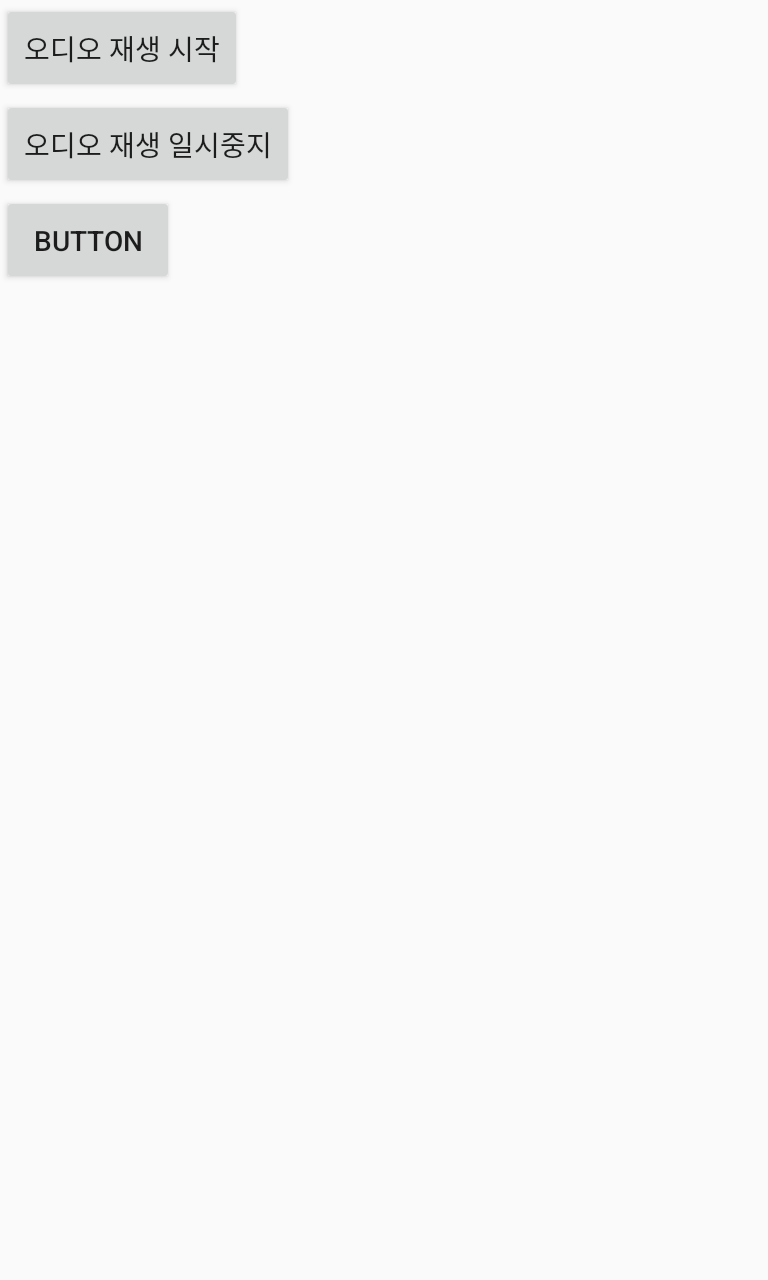
Repository: testGitHubTeam/study_Android
Layout: 70impleAudioDemo/res/layout/activity_main.xml
An editor plug-in stored every save of this project. The layout is shown before and after the next save, followed by the edit.
It is drawn on a 768 x 1280 px phone screen (xhdpi) without system bars, with theme AppTheme; the app's code is not run.

Above is the layout before, as saved 2014-05-01 01:18:02.

After the next save:
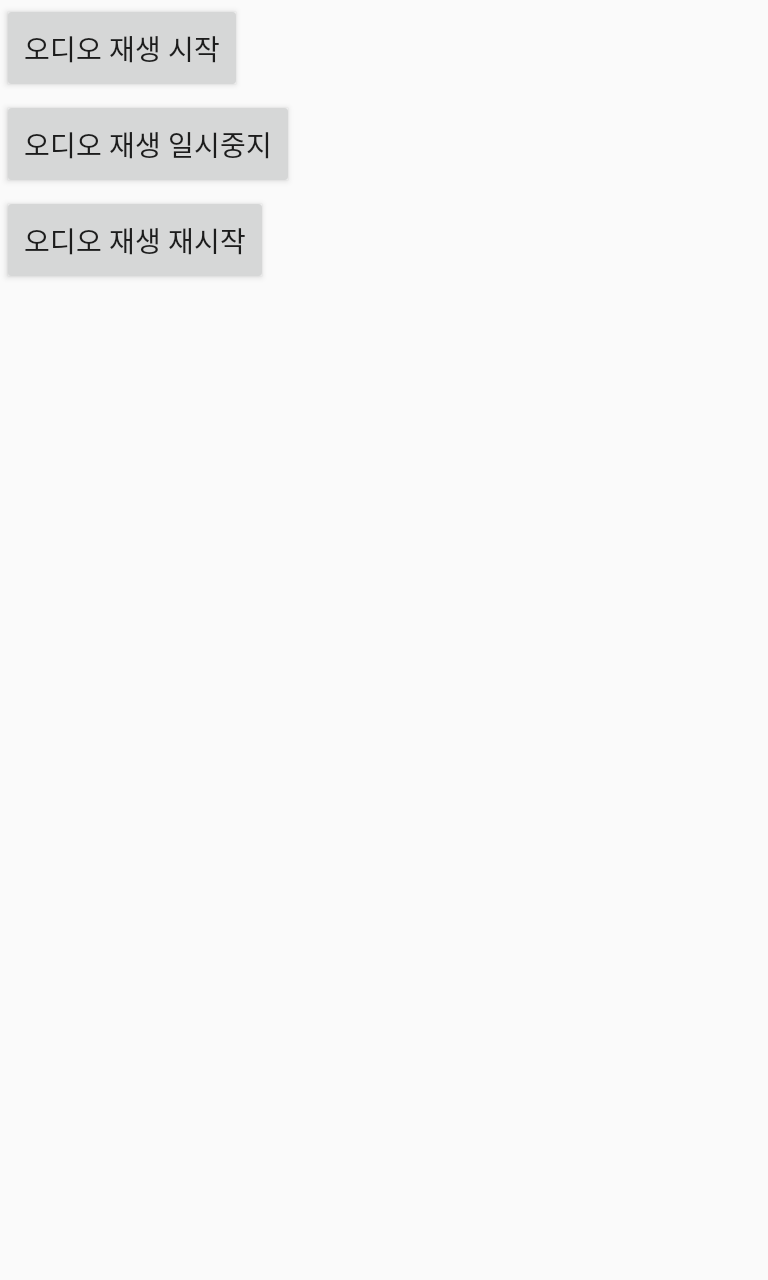
Saved 20 s later.
--- a/70impleAudioDemo/res/layout/activity_main.xml
+++ b/70impleAudioDemo/res/layout/activity_main.xml
@@ -28,6 +28,6 @@
         android:layout_height="wrap_content"
         android:layout_alignParentLeft="true"
         android:layout_below="@+id/btnPause"
-        android:text="Button" />
+        android:text="오디오 재생 재시작" />
 
 </RelativeLayout>
